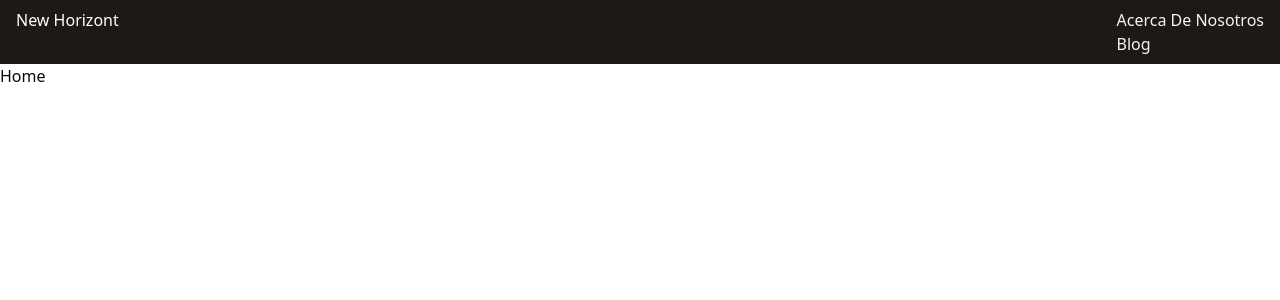
Repository: jefrydep/new-horizont-school
Page: /
The author's editor kept a copy of each file at every save. The page is drawn from the files as they stood at one save, then again after the next save.
The browser window is 1280 px wide. The pictures show the whole page.
The project was rebuilt for these pictures with package versions that can differ from the ones it lists, and the page was loaded fresh each time. The framework's server and built-in components were replaced by stand-ins that run in the browser. Also part of the build but not shown: next.config.ts.

Above is the page before, as saved 2024-11-07 18:03:18.

After the next save:
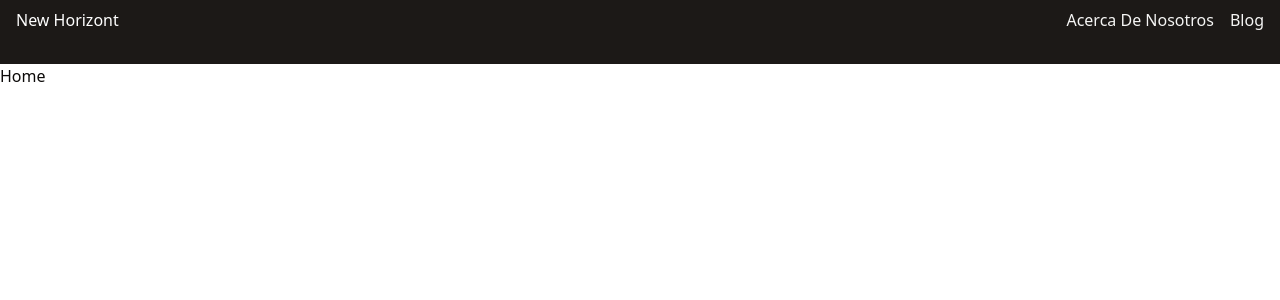
Saved 2 min 59 s later.
--- a/src/components/Navbar.tsx
+++ b/src/components/Navbar.tsx
@@ -1,26 +1,51 @@
+"use client"
 import { Menu } from "lucide-react";
 import Link from "next/link";
+import { useState } from "react";
 
 export default function Navbar() {
+  // Estado para controlar la visibilidad del menú en dispositivos móviles
+  const [isMenuOpen, setIsMenuOpen] = useState(false);
+
+  // Función para alternar la visibilidad del menú
+  const toggleMenu = () => setIsMenuOpen(!isMenuOpen);
+
   return (
     <header className="bg-primary h-16">
-      <div className="flex justify-between m-auto      container px-4 py-2  ">
+      <div className="flex justify-between m-auto container px-4 py-2">
         <div className="text-white">New Horizont</div>
-        <nav className="outline-none hidden sm:block list-none">
-          <li className="text-secondary">
-            <Link href={"/about"}>Acerca De Nosotros</Link>
-          </li>
-          <li className="text-secondary">
-            <Link href={"/blog"}>Blog</Link>
-          </li>
+
+        {/* Menú de navegación visible en pantallas grandes */}
+        <nav className="outline-none hidden sm:block">
+          <ul className="list-none flex space-x-4">
+            <li className="text-secondary">
+              <Link href={"/about"}>Acerca De Nosotros</Link>
+            </li>
+            <li className="text-secondary">
+              <Link href={"/blog"}>Blog</Link>
+            </li>
+          </ul>
         </nav>
-        <div className="  sm:hidden">
+
+        {/* Icono del menú que solo se muestra en pantallas pequeñas */}
+        <div className="sm:hidden" onClick={toggleMenu}>
           <Menu color="white" size={45} />
         </div>
-        {/* <li className="text-secondary">
-            <Link href={"/about"}>About</Link>
-          </li> */}
       </div>
+
+      {/* Menú desplegable que aparece solo en pantallas pequeñas */}
+      {isMenuOpen && (
+        <div className="sm:hidden absolute top-16 left-0 right-0 bg-primary py-4">
+          <ul className="list-none flex flex-col items-center space-y-4">
+            <li className="text-white">
+              <Link href={"/about"}>Acerca De Nosotros</Link>
+            </li>
+            <li className="text-white">
+              <Link href={"/blog"}>Blog</Link>
+            </li>
+          </ul>
+        </div>
+      )}
     </header>
   );
 }

After the save that followed:
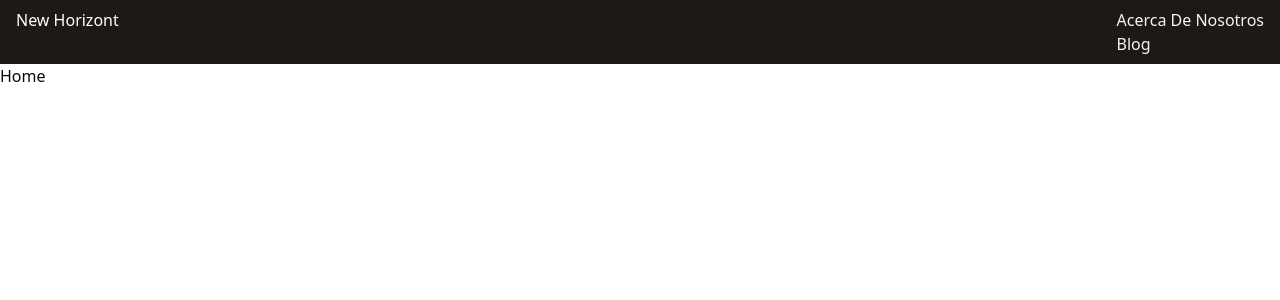
Saved 2 min 21 s later.
--- a/src/components/Navbar.tsx
+++ b/src/components/Navbar.tsx
@@ -1,51 +1,26 @@
-"use client"
 import { Menu } from "lucide-react";
 import Link from "next/link";
-import { useState } from "react";
 
 export default function Navbar() {
-  // Estado para controlar la visibilidad del menú en dispositivos móviles
-  const [isMenuOpen, setIsMenuOpen] = useState(false);
-
-  // Función para alternar la visibilidad del menú
-  const toggleMenu = () => setIsMenuOpen(!isMenuOpen);
-
   return (
     <header className="bg-primary h-16">
-      <div className="flex justify-between m-auto container px-4 py-2">
+      <div className="flex justify-between m-auto      container px-4 py-2  ">
         <div className="text-white">New Horizont</div>
-
-        {/* Menú de navegación visible en pantallas grandes */}
-        <nav className="outline-none hidden sm:block">
-          <ul className="list-none flex space-x-4">
-            <li className="text-secondary">
-              <Link href={"/about"}>Acerca De Nosotros</Link>
-            </li>
-            <li className="text-secondary">
-              <Link href={"/blog"}>Blog</Link>
-            </li>
-          </ul>
+        <nav className="outline-none hidden sm:block list-none">
+          <li className="text-secondary">
+            <Link href={"/about"}>Acerca De Nosotros</Link>
+          </li>
+          <li className="text-secondary">
+            <Link href={"/blog"}>Blog</Link>
+          </li>
         </nav>
-
-        {/* Icono del menú que solo se muestra en pantallas pequeñas */}
-        <div className="sm:hidden" onClick={toggleMenu}>
+        <div className="  sm:hidden">
           <Menu color="white" size={45} />
         </div>
+        {/* <li className="text-secondary">
+            <Link href={"/about"}>About</Link>
+          </li> */}
       </div>
-
-      {/* Menú desplegable que aparece solo en pantallas pequeñas */}
-      {isMenuOpen && (
-        <div className="sm:hidden absolute top-16 left-0 right-0 bg-primary py-4">
-          <ul className="list-none flex flex-col items-center space-y-4">
-            <li className="text-white">
-              <Link href={"/about"}>Acerca De Nosotros</Link>
-            </li>
-            <li className="text-white">
-              <Link href={"/blog"}>Blog</Link>
-            </li>
-          </ul>
-        </div>
-      )}
     </header>
   );
 }
